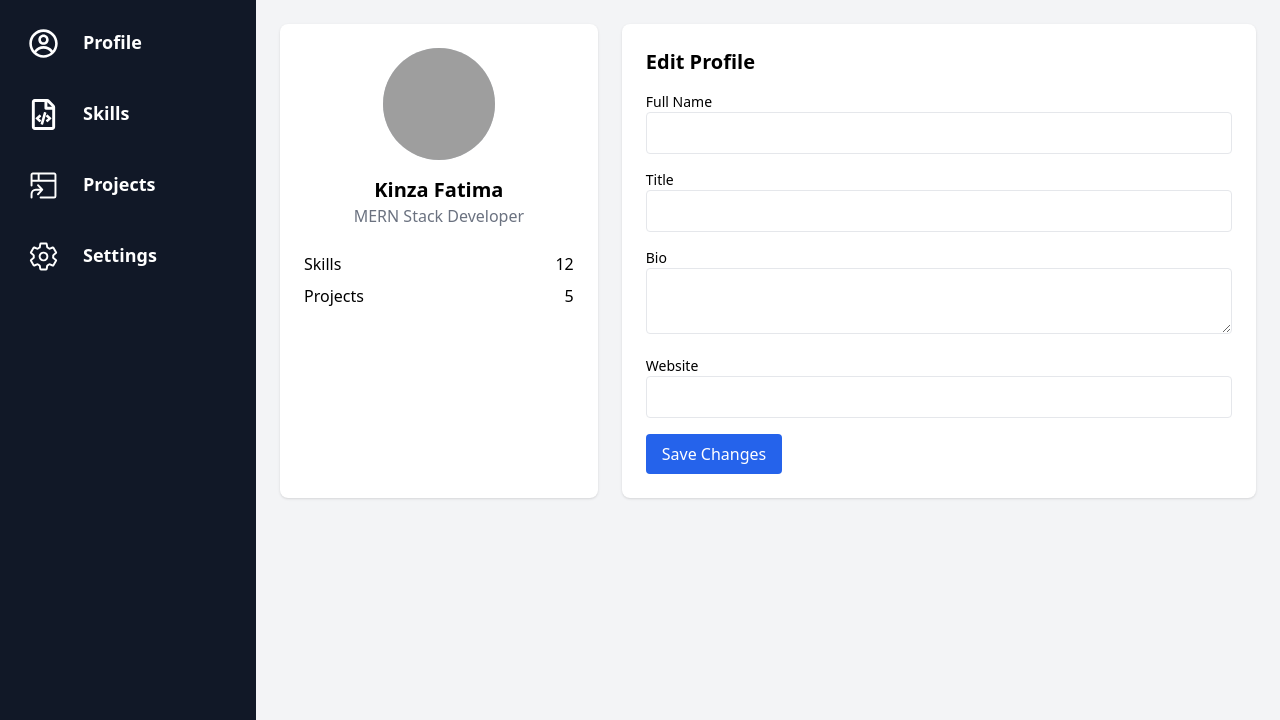
Repository: alizey12/DevLinker-Developer-Portfolio-Builder
Page: /dashboard/profile
These files come from the project's save history. The page is drawn as it stood at one moment and after the next save; the edit follows.
The browser window is 1280 px wide. The pictures show the whole page.
Pictures or frames that could not be fetched are drawn as grey boxes. The project was rebuilt for these pictures with package versions that can differ from the ones it lists, and the page was loaded fresh each time. Also part of the build but not shown: vite.config.js, src/Pages/Login.jsx, src/Pages/Signup.jsx, src/Pages/Portfolio.jsx, src/Pages/Page404.jsx, src/Pages/Dashboard/Skills.jsx, src/Pages/Dashboard/Project.jsx, src/Pages/Dashboard/Setting.jsx.

Above is the page before, as saved 2025-06-28 21:28:02.

### src/main.jsx
import { StrictMode } from 'react'

import { createRoot } from 'react-dom/client'
import './index.css'
import App from './App.jsx'
import { BrowserRouter } from 'react-router'

createRoot(document.getElementById('root')).render(
  <StrictMode>
  <BrowserRouter>
    <App />
    </BrowserRouter>
  </StrictMode>,
)

### src/App.jsx
import AppRoutes from "./Routes/AppRoutes";

function App() {
  return (
    <>
<AppRoutes />
    </>
  )
}

export default App

### src/Routes/AppRoutes.jsx
import React from 'react';
import { Routes, Route } from 'react-router';

import DashboardLayout from '../Components/Layout/DashboardLayout';
import Login from '../Pages/Login';
import Signup from '../Pages/Signup';
import Portfolio from '../Pages/Portfolio';
import Page404 from "../Pages/Page404";

import Profile from '../Pages/Dashboard/Profile';
import Skills from '../Pages/Dashboard/Skills';
import Projects from '../Pages/Dashboard/Project';
import Settings from '../Pages/Dashboard/Setting';

const AppRoutes = () => {
  return (
    <Routes>
      {/* Public Routes */}
      <Route path='/' element={<Login />} />
      <Route path='/signup' element={<Signup />} />
      <Route path='/portfolio/:username' element={<Portfolio />} />

      {/* Dashboard Routes */}
      <Route path='/dashboard' element={<DashboardLayout />}>
        <Route path="profile" element={<Profile />} />
        <Route path="skills" element={<Skills />} />
        <Route path="projects" element={<Projects />} />
        <Route path="settings" element={<Settings />} />
      </Route>

      {/* 404 Page */}
      <Route path='*' element={<Page404 />} />
    </Routes>
  );
};

export default AppRoutes;

### src/Components/Layout/DashboardLayout.jsx
import React from 'react'
import { Outlet } from 'react-router'
import Sidebar from '../Sidebar'

const DashboardLayout = () => {
  return (
    <div className="flex min-h-screen">
      {/* Sidebar on the left */}
      <Sidebar />

      {/* Main content */}
      <main className="flex-1 p-6 bg-gray-100">
        <Outlet />
      </main>
    </div>
  )
}

export default DashboardLayout

### src/Pages/Dashboard/Profile.jsx
import React, { useState } from 'react'



const Profile = () => {
  const [formData, setFormData] = useState({
    name: '',
  title: '',
  bio: '',
  website: '',
  });
  function handleInput(e) {
    setFormData([...formData])
  }
  return (
    <div className="flex flex-col md:flex-row gap-6">
      {/* Left: Profile Card */}
      <div className="w-full md:w-1/3 bg-white p-6 rounded-lg shadow">
        <img
          src="https://static.vecteezy.com/system/resources/previews/036/473/336/original/ai-generated-asian-girl-as-a-modern-day-tech-entrepreneur-on-transparent-background-png.png"
          alt="Avatar"
          className="w-28 h-28 bg-gray-300 rounded-full mx-auto"
        />
        <h2 className="text-center text-xl font-semibold mt-4">Kinza Fatima</h2>
        <p className="text-center text-gray-500">MERN Stack Developer</p>

        {/* Stats */}
        <div className="mt-6 space-y-2">
          <div className="flex justify-between">
            <span>Skills</span>
            <span>12</span>
          </div>
          <div className="flex justify-between">
            <span>Projects</span>
            <span>5</span>
          </div>
        </div>
      </div>

      {/* Right: Edit Form */}
      <div className="w-full md:w-2/3 bg-white p-6 rounded-lg shadow">
        <h2 className="text-xl font-semibold mb-4">Edit Profile</h2>
        <form className="space-y-4">
          <div>
            <label className="block text-sm font-medium">Full Name</label>
            <input onChange={(e)=>setFormData(e.target.value)} type="text" className="w-full border p-2 rounded" />
          </div>
          <div>
            <label className="block text-sm font-medium">Title</label>
            <input onChange={(e)=>setFormData(e.target.value)} type="text" className="w-full border p-2 rounded" />
          </div>
          <div>
            <label className="block text-sm font-medium">Bio</label>
            <textarea onChange={(e)=>setFormData(e.target.value)} className="w-full border p-2 rounded"></textarea>
          </div>
          <div>
            <label className="block text-sm font-medium">Website</label>
            <input onChange={(e)=>setFormData(e.target.value)} type="url" className="w-full border p-2 rounded" />
          </div>
          <button className="bg-blue-600 text-white px-4 py-2 rounded">Save Changes</button>
        </form>
      </div>
    </div>
  )
}

export default Profile

### src/Components/Sidebar.jsx
import React from 'react'
import { NavLink } from 'react-router'
import { CgProfile } from "react-icons/cg";
import { FaRegFileCode } from "react-icons/fa";
import { GoProjectSymlink } from "react-icons/go";
import { IoSettingsOutline } from "react-icons/io5";

const Sidebar = () => {
  return (
    <div>
      <aside className="w-64 min-h-screen bg-gray-900 text-white p-4">
  <ul className="space-y-4">
    <li className='flex '><CgProfile className='p-3' size={55}/> <NavLink className='p-3 font-semibold text-lg' to="profile">Profile</NavLink></li>
    <li className='flex'><FaRegFileCode className='p-3' size={55}/> <NavLink className='p-3 font-semibold text-lg'  to="skills">Skills</NavLink></li>
    <li className='flex'><GoProjectSymlink  className='p-3' size={55}/> <NavLink className='p-3 font-semibold text-lg'  to="projects">Projects</NavLink> </li>
    <li className='flex'><IoSettingsOutline className='p-3' size={55} /> <NavLink className='p-3 font-semibold text-lg'  to="settings">Settings</NavLink></li>
  </ul>
</aside>

    </div>
  )
}

export default Sidebar

Loaded but not shown: index.html (common file); src/index.css (common file); tailwind.config.js (common file)

After the next save:
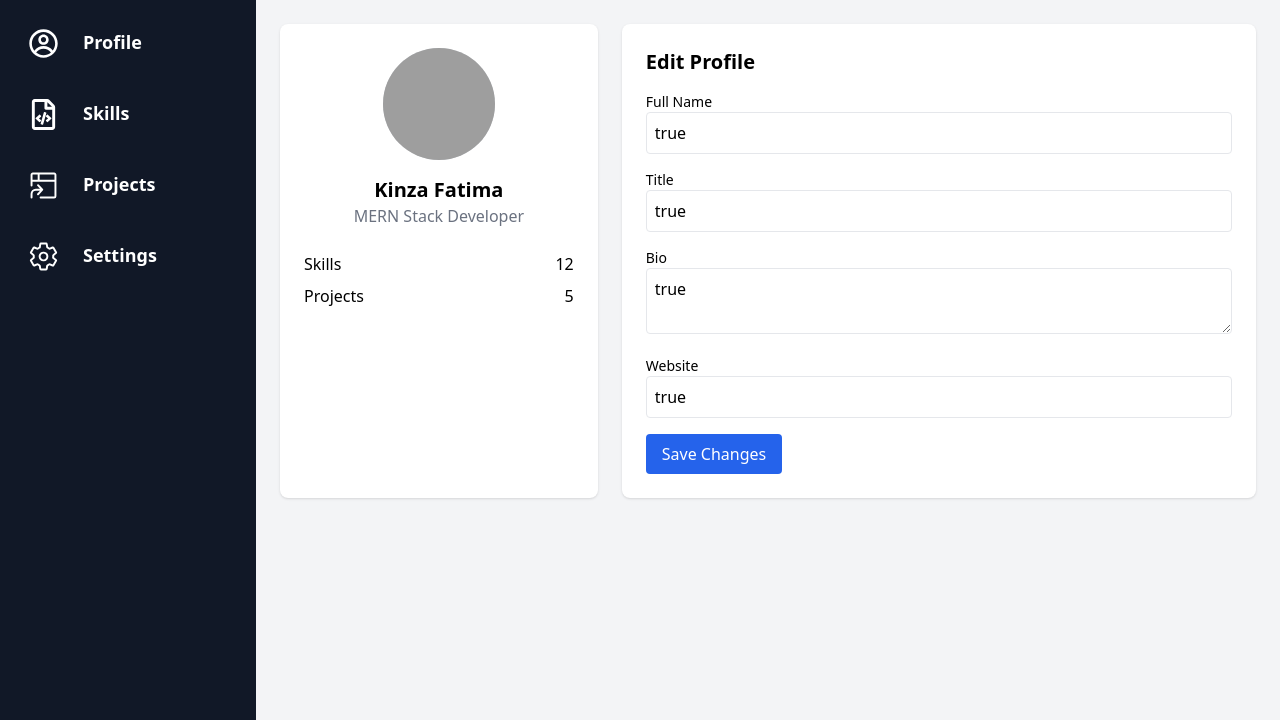
Saved 12 s later.
--- a/src/Pages/Dashboard/Profile.jsx
+++ b/src/Pages/Dashboard/Profile.jsx
@@ -43,19 +43,19 @@
         <form className="space-y-4">
           <div>
             <label className="block text-sm font-medium">Full Name</label>
-            <input onChange={(e)=>setFormData(e.target.value)} type="text" className="w-full border p-2 rounded" />
+            <input value onChange={(e)=>setFormData(e.target.value)} type="text" className="w-full border p-2 rounded" />
           </div>
           <div>
             <label className="block text-sm font-medium">Title</label>
-            <input onChange={(e)=>setFormData(e.target.value)} type="text" className="w-full border p-2 rounded" />
+            <input value onChange={(e)=>setFormData(e.target.value)} type="text" className="w-full border p-2 rounded" />
           </div>
           <div>
             <label className="block text-sm font-medium">Bio</label>
-            <textarea onChange={(e)=>setFormData(e.target.value)} className="w-full border p-2 rounded"></textarea>
+            <textarea value onChange={(e)=>setFormData(e.target.value)} className="w-full border p-2 rounded"></textarea>
           </div>
           <div>
             <label className="block text-sm font-medium">Website</label>
-            <input onChange={(e)=>setFormData(e.target.value)} type="url" className="w-full border p-2 rounded" />
+            <input value onChange={(e)=>setFormData(e.target.value)} type="url" className="w-full border p-2 rounded" />
           </div>
           <button className="bg-blue-600 text-white px-4 py-2 rounded">Save Changes</button>
         </form>
